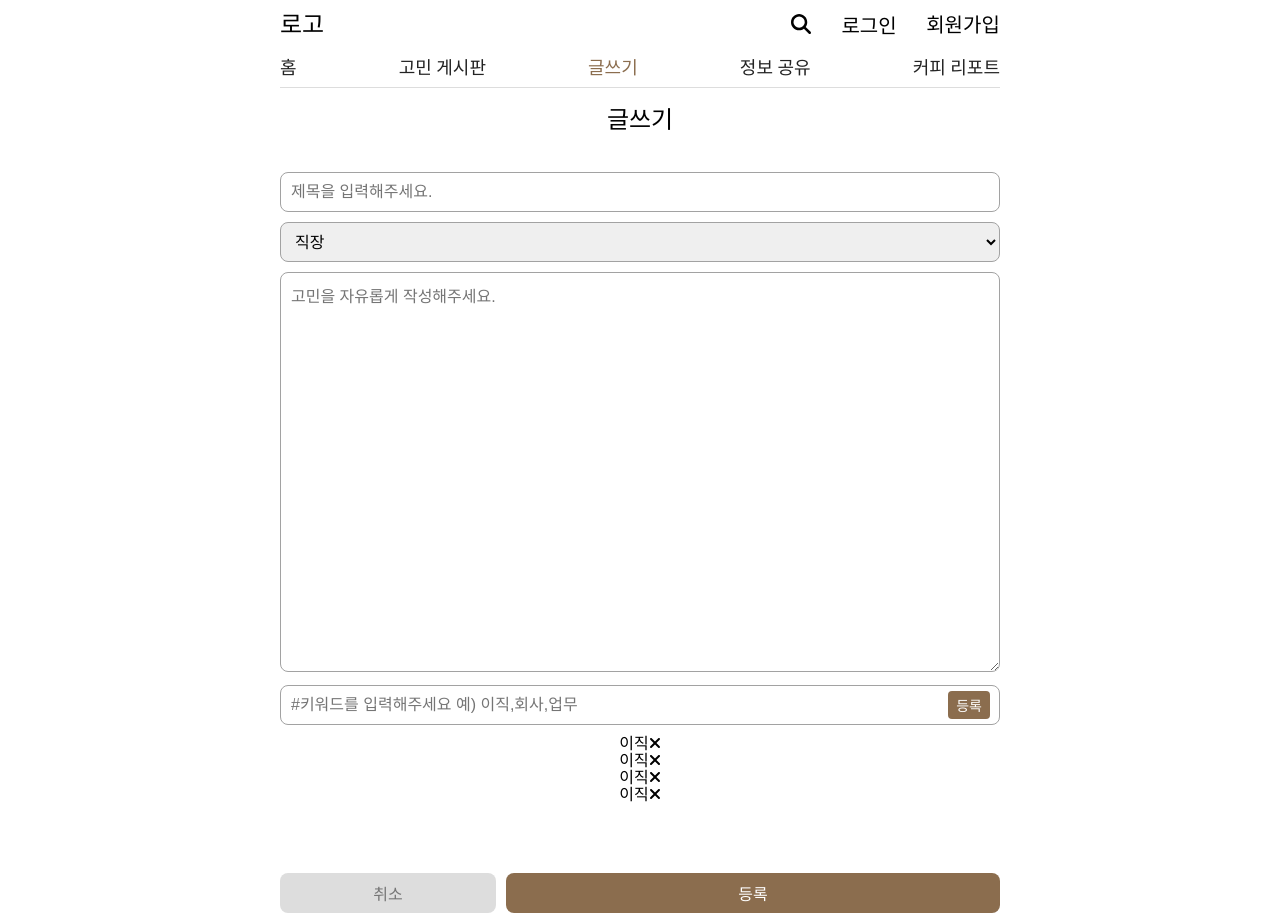
Repository: zlazlazla35/coffee
Page: /writing
An editor plug-in stored every save of this project. The page is shown before and after the next save, followed by the edit.
The browser window is 1280 px wide. The pictures show the whole page.
The page's requests for data from a server got no answer. Some web fonts or font styles are not loaded; a fallback is used. The project was rebuilt for these pictures with package versions that can differ from the ones it lists, and the page was loaded fresh each time. The framework's server and built-in components were replaced by stand-ins that run in the browser. No one was signed in, and anything a server would have sent is missing. Also part of the build but not shown: next.config.mjs, src/app/LogOutButton.js.

Above is the page before, as saved 2025-01-08 17:22:50.

After the next save:
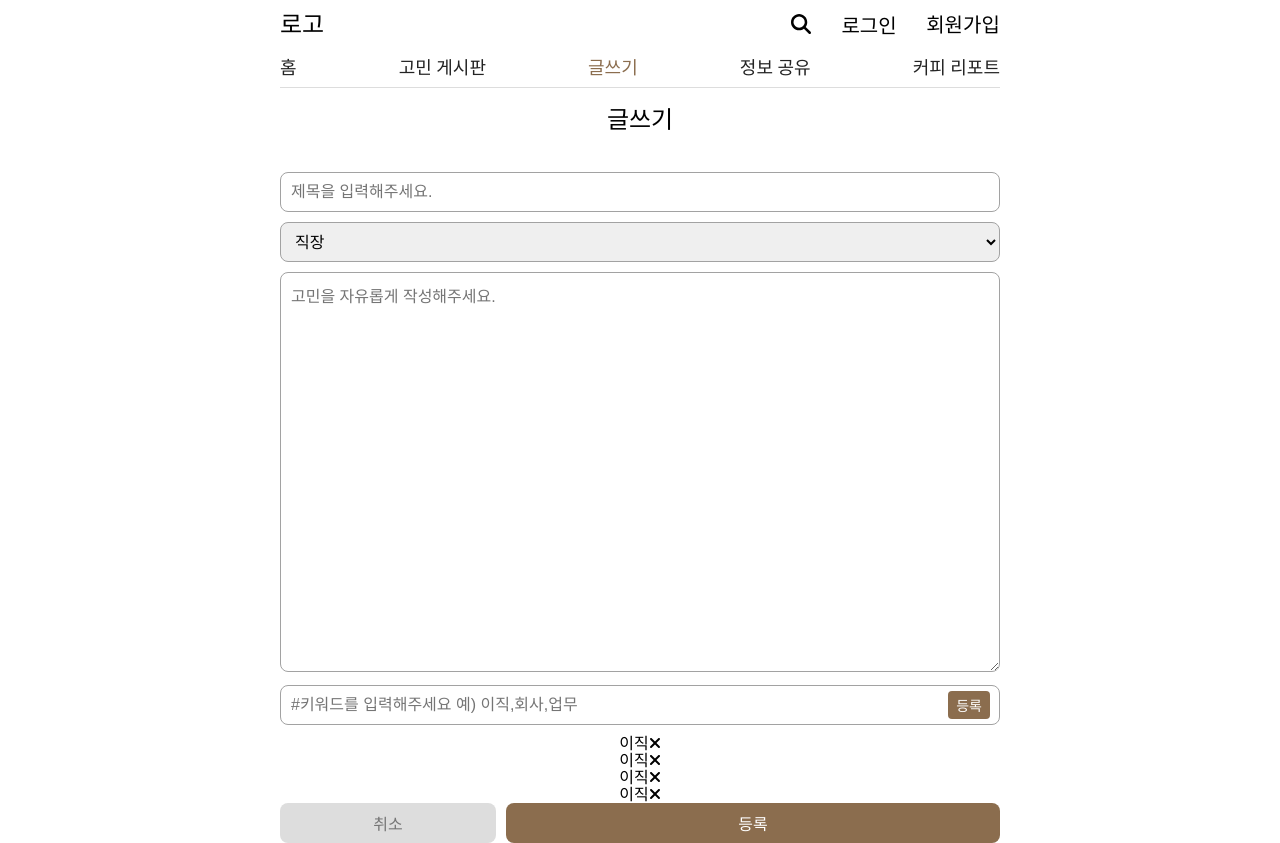
Saved 27 s later.
--- a/src/app/globals.css
+++ b/src/app/globals.css
@@ -111,7 +111,7 @@ select {font-family: 'NanumSquare', sans-serif !important; outline: none !import
 
 
 
-.writing {width: 100%; max-width: 720px; margin: 0 auto; text-align: center;}
+.writing {width: 100%; max-width: 720px; margin: 0 auto; text-align: center; overflow: hidden;}
 .writing .title {font-size: 24px; margin: 20px 0 40px;}
 .writing {width: 100%;}
 .writing input {width: 100%; height: 40px; box-sizing: border-box; padding: 10px; font-size: 16px;  border-radius: 8px; border: 1px solid #a2a2a2;}
@@ -122,4 +122,5 @@ select {font-family: 'NanumSquare', sans-serif !important; outline: none !import
 .writing textarea {width: 100%; height: 400px; box-sizing: border-box; padding: 10px; font-size: 16px; margin-bottom: 10px; border-radius: 8px; border: 1px solid #a2a2a2;}
 .writing .keyWord_box {position: relative; margin-bottom: 10px;}
 .writing .keyWord_box .keyWord_btn{position: absolute; right: 10px; top: 50%; transform: translateY(-50%); margin: 0; padding: 4px 8px; background: #8b6d4e; color: #fff; font-size: 14px; border: none; border-radius: 4px;}
-.writing .keyWord_tag {width: 100%;}
+.writing .keyWord_tag {width: 100%; float: left;}
+.writing .keyWord_tag li {width: 100%; float: left;}
